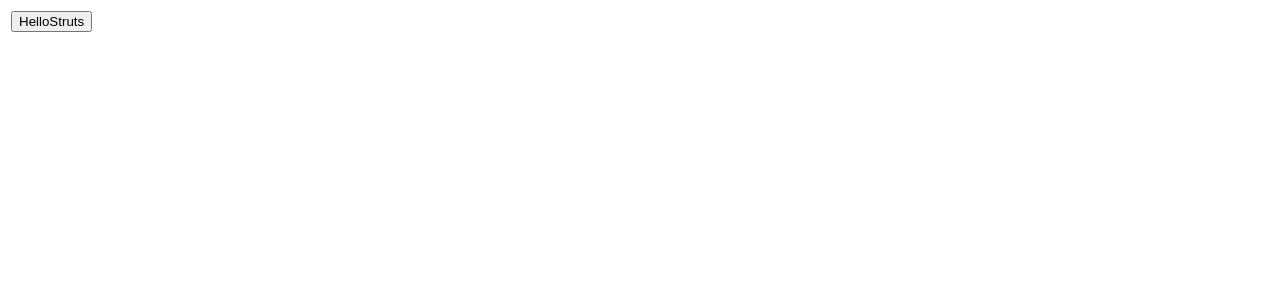
Repository: emiK1229/test
Page: http://localhost/WebProj2/
These files come from the project's save history. The page is drawn as it stood at one moment and after the next save; the edit follows.
The browser window is 1280 px wide. The pictures show the whole page.
The page is served by Tomcat 9.

Above is the page before, as saved 2019-04-26 01:49:31.

After the next save:
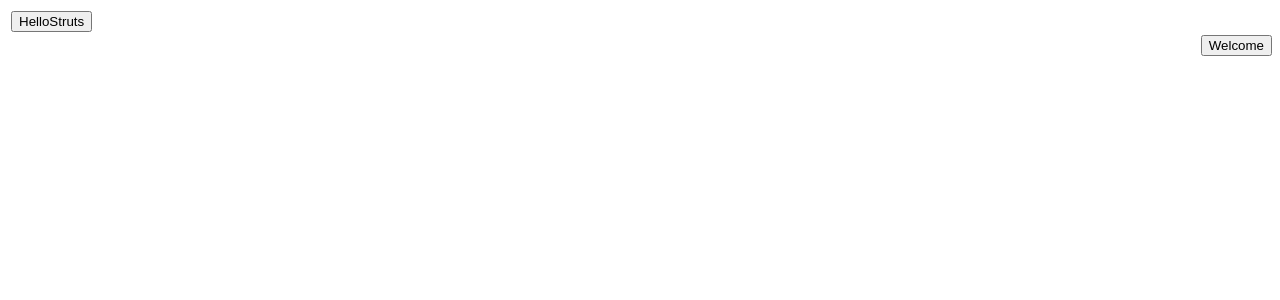
Saved 12 min 52 s later.
--- a/WebProj2/WebContent/index.jsp
+++ b/WebProj2/WebContent/index.jsp
@@ -12,5 +12,9 @@
 <s:form action="HelloStrutsAction">
  <s:submit value="HelloStruts"/>
  </s:form>
+
+ <s;form action="WelcomeAction">
+ <s:submit value="Welcome"/>
+ </s;form>
 </body>
 </html>
